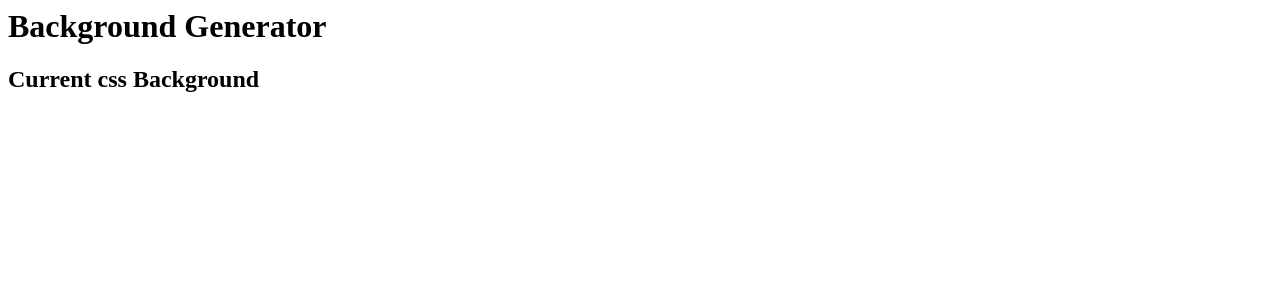
Repository: michalJanaGitHub/michalJanaGitHub.github.io
Page: projects in progress/11 Background Generator/index.html
An editor plug-in stored every save of this project. The page is shown before and after the next save, followed by the edit.
The browser window is 1280 px wide. The pictures show the whole page.

Above is the page before, as saved 2018-09-08 10:26:17.

### projects in progress/11 Background Generator/index.html
<!DOCTYPE <!DOCTYPE html>
<html>
<head>
    <meta charset="utf-8" />
    <meta http-equiv="X-UA-Compatible" content="IE=edge">
    <title>Gradient Background</title>
    <meta name="viewport" content="width=device-width, initial-scale=1">
    <link rel="stylesheet" type="text/css" media="screen" href="main.css" />
    <script src="main.js"></script>
</head>
<body>
    <h1>Background Generator</h1>
    <h2>Current css Background</h2>
    <h3></h3>


</body>
</html>

### projects in progress/11 Background Generator/main.js
window.onload = function(){

};

Loaded but not shown: projects in progress/11 Background Generator/main.css (no stored copy; drawn as an empty file)

After the next save:
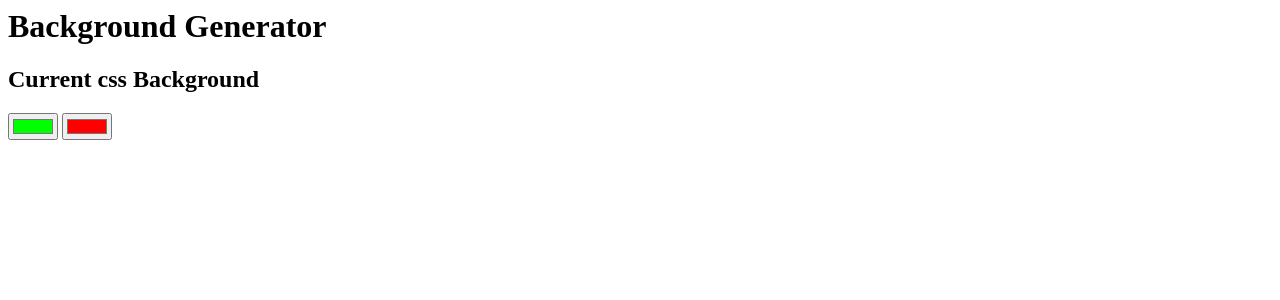
Saved 5 min 18 s later.
--- a/projects in progress/11 Background Generator/index.html
+++ b/projects in progress/11 Background Generator/index.html
@@ -11,6 +11,9 @@
 <body>
     <h1>Background Generator</h1>
     <h2>Current css Background</h2>
+    <input type="color" name="color1" value="#00ff00">
+    <input type="color" name="color2" value="#ff0000">
+
     <h3></h3>
 
 
